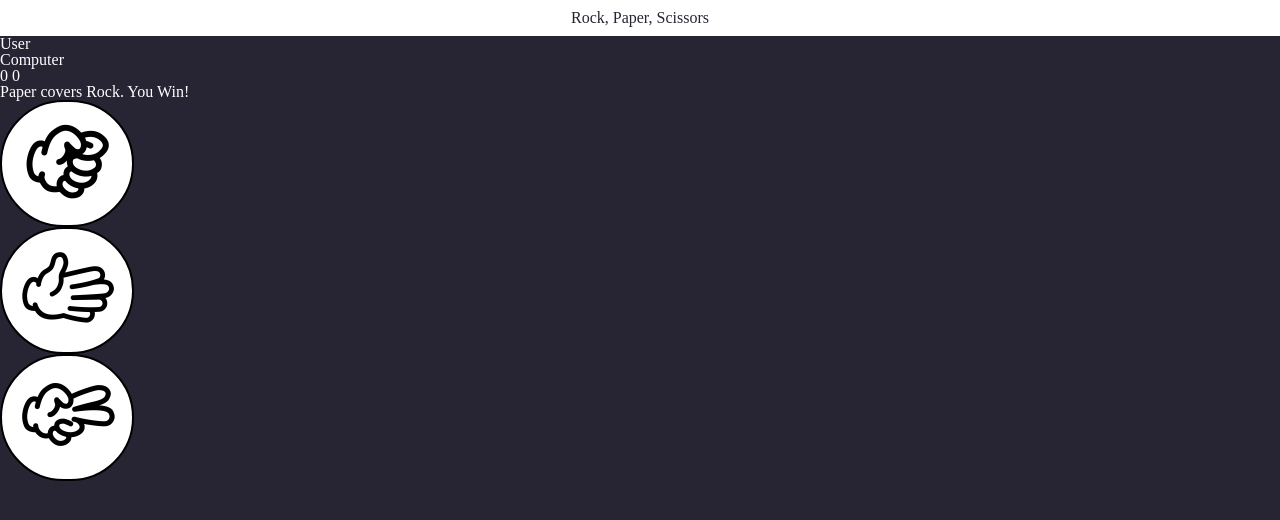
Repository: AndersonGuilherme/rock-paper-scissor-game-javascript
Page: index.html
These files come from the project's save history. The page is drawn as it stood at one moment and after the next save; the edit follows.
The browser window is 1280 px wide. The pictures show the whole page.

Above is the page before, as saved 2019-01-12 12:44:35.

### index.html
<!DOCTYPE html>
<html lang="en">
  <head>
    <meta charset="UTF-8" />
    <meta name="viewport" content="width=device-width, initial-scale=1.0" />
    <meta http-equiv="X-UA-Compatible" content="ie=edge" />
    <title>Rocket.io</title>
    <link rel="stylesheet" href="./src/public/css/reset.css" />
    <link rel="stylesheet" href="./src/public/css/style.css" />
  </head>
  <body>
    <header id="header"><h1>Rock, Paper, Scissors</h1></header>
    <div class="score-board">
      <div id="user-label" class="badge">User</div>
      <div id="computer-label" class="badge">Computer</div>
      <span id="user-score">0</span> <span id="computer-score">0</span>
    </div>
    <div class="result"><h1>Paper covers Rock. You Win!</h1></div>
    <div class="choices">
      <div class="choice"><img src="./src/public/images/rock.png" alt="" /></div>
      <div class="choice"><img src="./src/public/images/paper.png" alt="" /></div>
      <div class="choice"><img src="./src/public/images/scissor.png" alt="" /></div>
    </div>
  </body>
</html>

### src/public/css/style.css
body{
    background-color: #272433;
    color: #fff;
}

#header{
    background-color: #fff;
    color: #272433;
    text-align: center;
    padding: 10px;
}

.choice{
    border: 2px solid #000;
    border-radius: 100px;
    text-align: center;
    max-width: 110px;
    background-color: #fff;
    padding: 10px
}

.choice>img{
    max-height: 100px;

Loaded but not shown: src/public/css/reset.css (common file)

After the next save:
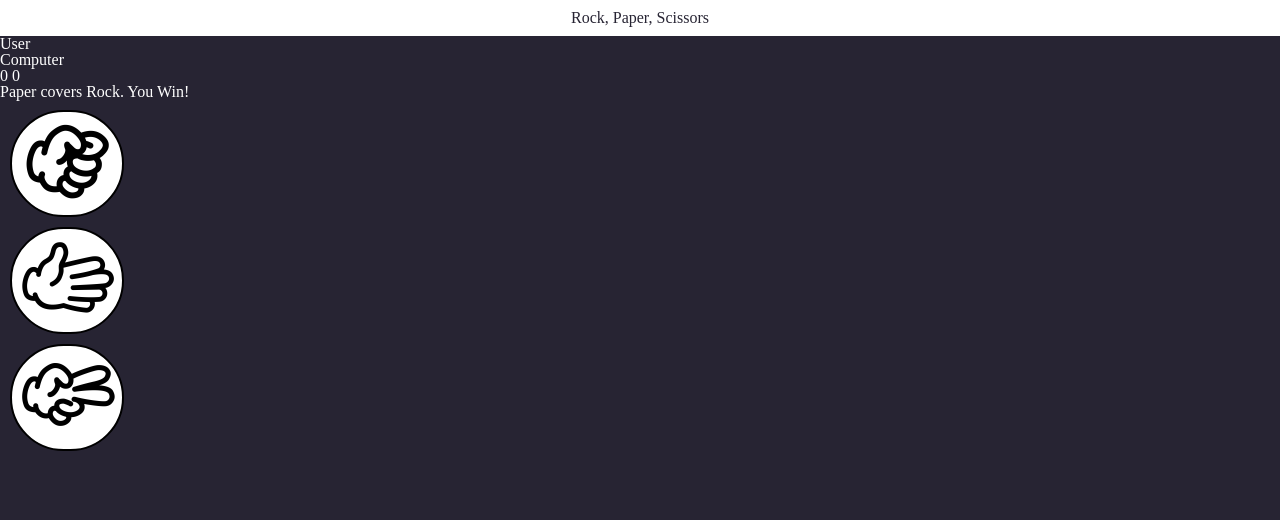
Saved 5 s later.
--- a/src/public/css/style.css
+++ b/src/public/css/style.css
@@ -16,7 +16,7 @@ body{
     text-align: center;
     max-width: 110px;
     background-color: #fff;
-    padding: 10px
+    margin: 10px
 }
 
 .choice>img{
